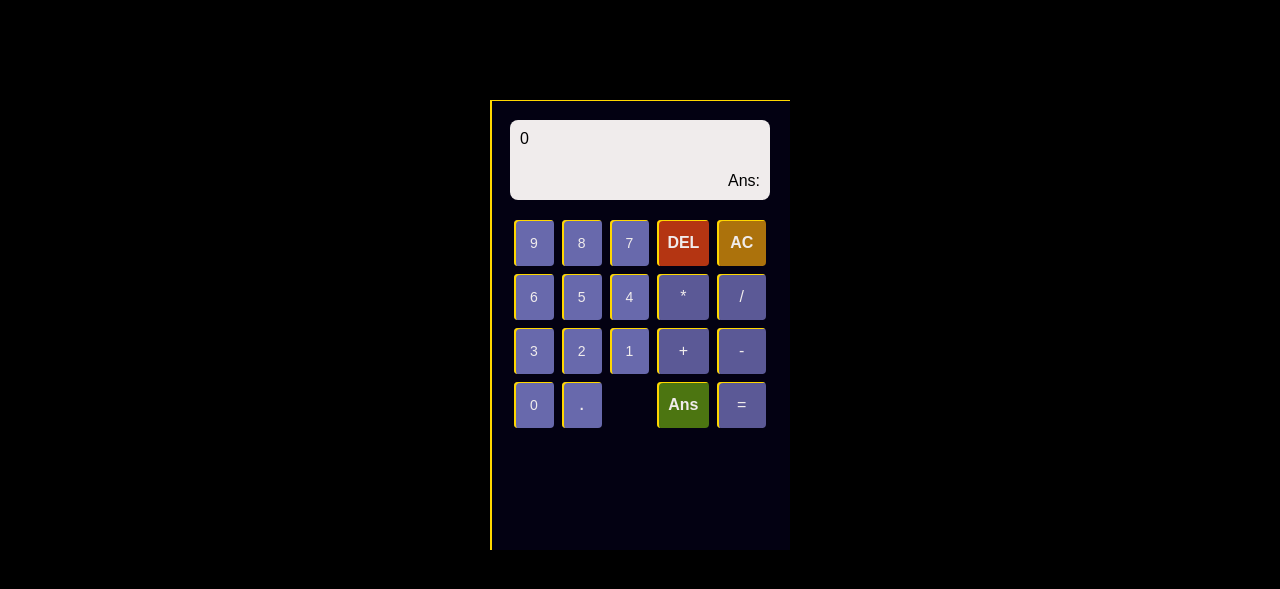
Repository: Bishek666/simple-calculator
Page: /
An editor plug-in stored every save of this project. The page is shown before and after the next save, followed by the edit.
The browser window is 1280 px wide. The pictures show the whole page.
The project was rebuilt for these pictures with package versions that can differ from the ones it lists, and the page was loaded fresh each time.

Above is the page before, as saved 2021-10-27 08:26:50.

After the next save:
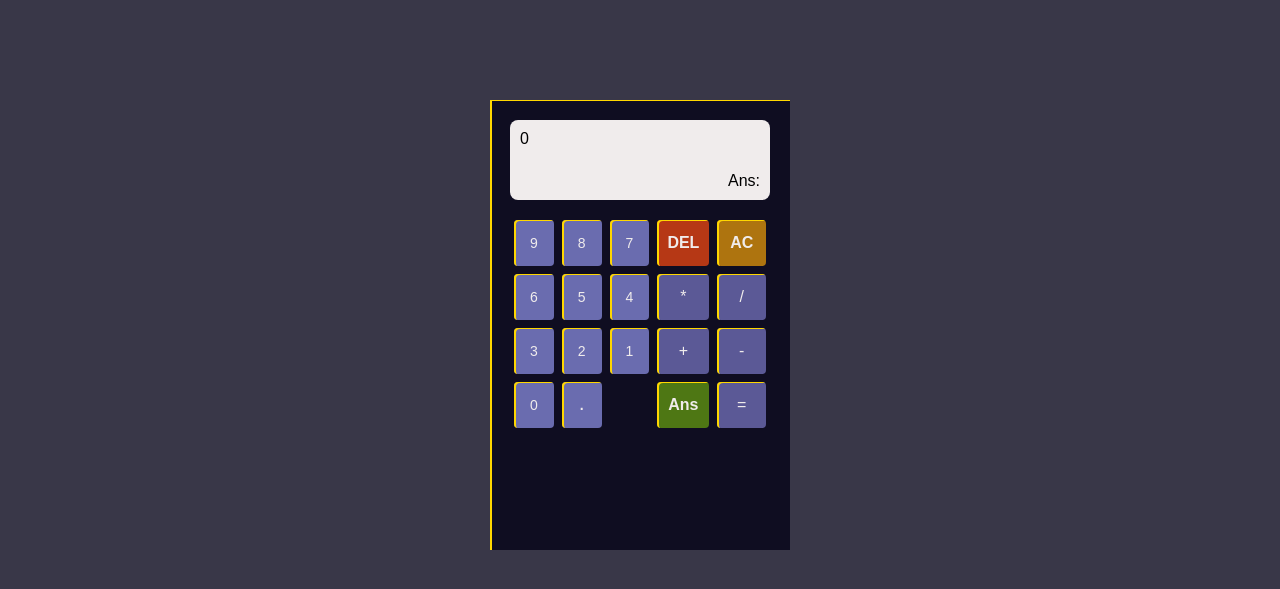
Saved 19 s later.
--- a/src/index.css
+++ b/src/index.css
@@ -13,7 +13,7 @@
 }
 
 body {
-    background-color: black;
+    background-color: #050218c9;
 }
 
 button {
